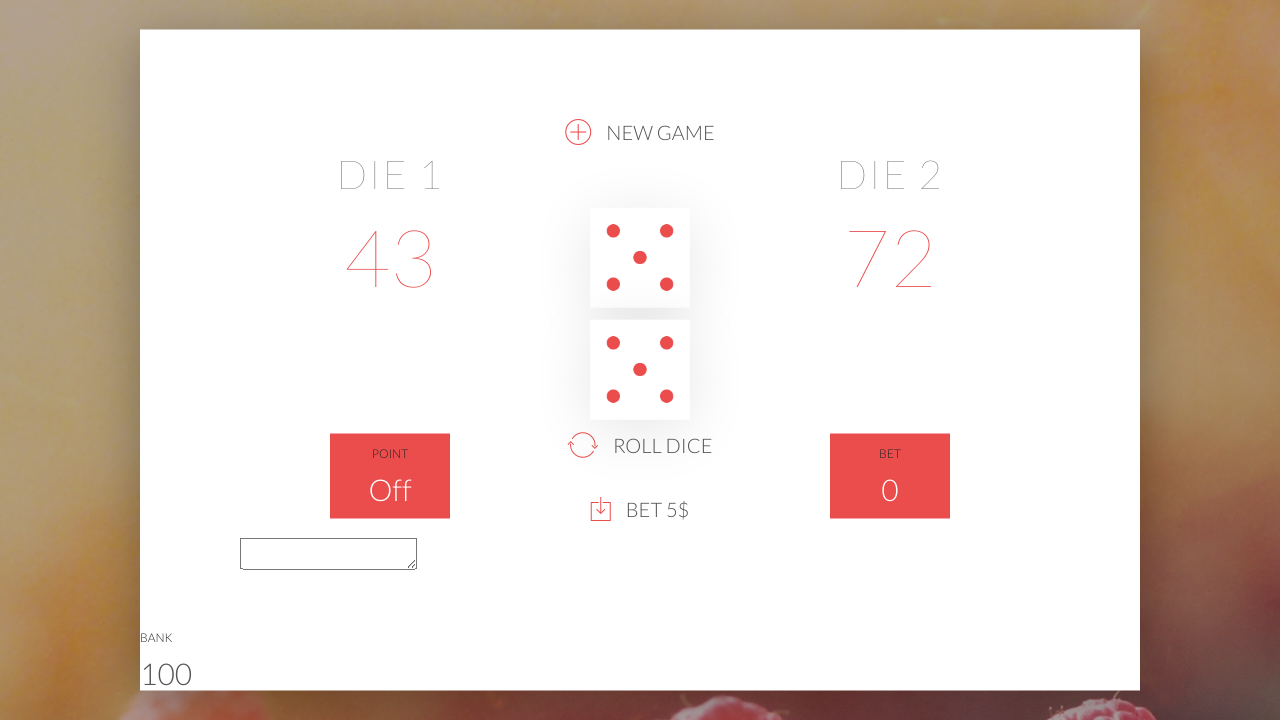
Repository: rmcc0724/html_challenge
Page: Craps/index.html
The author's editor kept a record of every edit. The page is drawn from the files as they stood at one moment, then again after the next edit.
The browser window is 1280 px wide. The pictures show the whole page.

Above is the page before.

After the next edit:
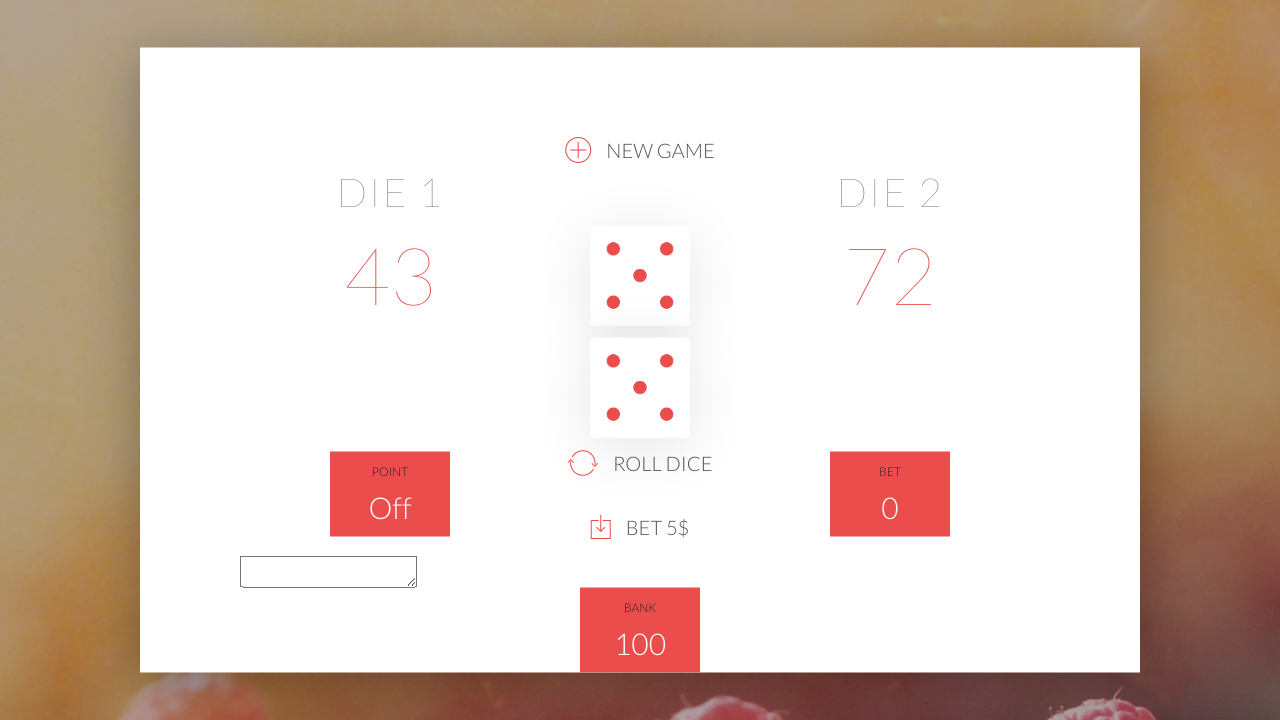
The edit:
--- a/Craps/style.css
+++ b/Craps/style.css
@@ -41,7 +41,7 @@
 .player-1-panel {
     width: 50%;
     float: left;
-    height: 600px;
+    height: 540px;
     padding: 100px;
 }
 
@@ -161,3 +161,17 @@
 
 .winner { background-color: #f7f7f7; }
 .winner .player-name { font-weight: 300; color: #EB4D4D; }
+
+.bank {
+    /* margin-top: 20px; */
+    width: 120px;
+    clear: both;
+    margin: 0 auto;
+    text-align: center;
+    /* top: 10px; */
+    background-color: #EB4D4D;
+    color: #fff;
+    margin: 0 auto;
+    padding: 12px;
+    text-align: center;
+}
